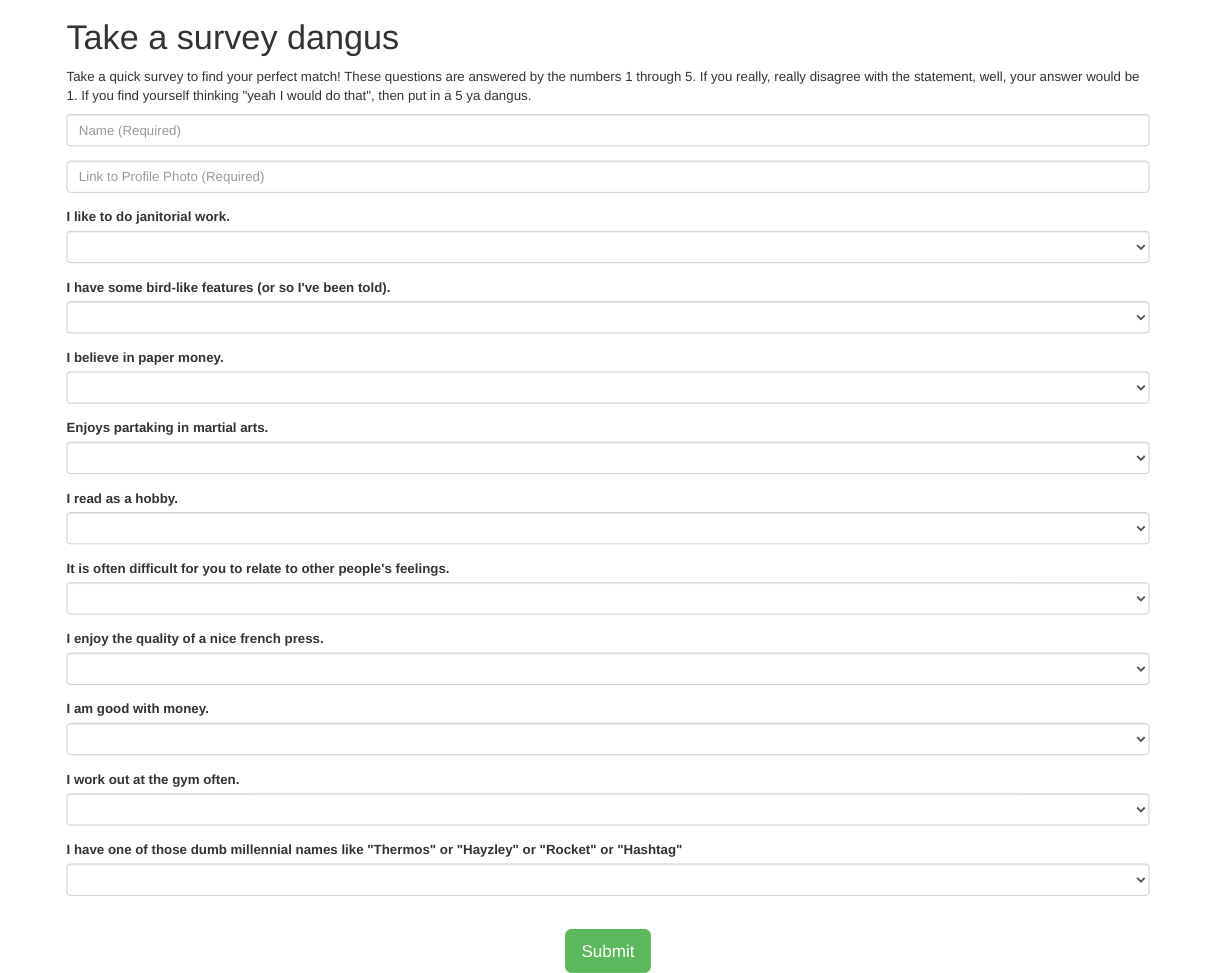
Repository: kcummings1/Mate-Matcher
Page: public/survey.html
The author's editor kept a copy of each file at every save. The page is drawn from the files as they stood at one save, then again after the next save.
The browser window is 1280 px wide. The pictures show the whole page, at 95% of full size.
Some web libraries are served in a nearby version.

Above is the page before, as saved 2019-10-04 18:19:14.

After the next save:
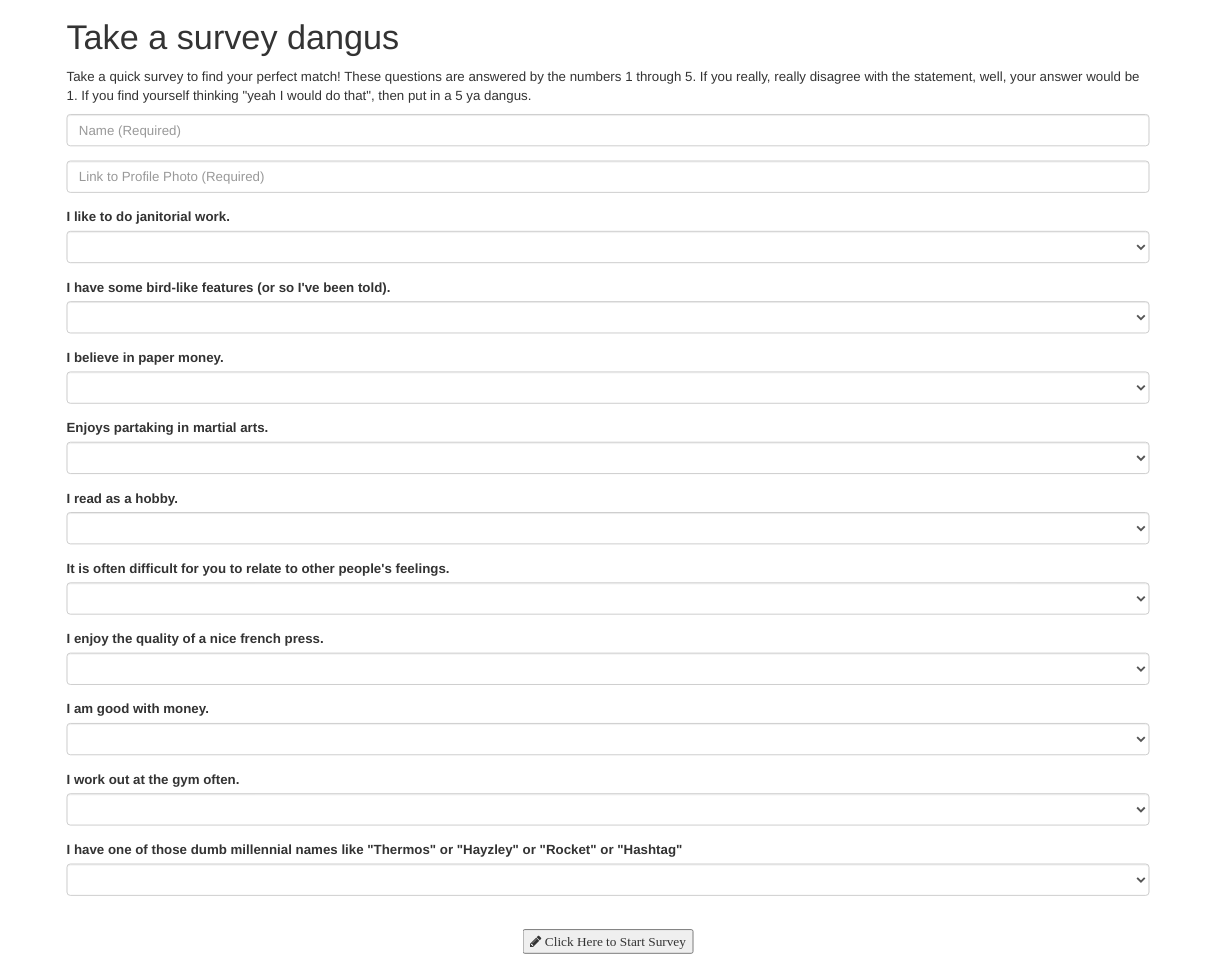
Saved 2 min 45 s later.
--- a/public/survey.html
+++ b/public/survey.html
@@ -134,7 +134,7 @@
             </div>
         </form>
         <div class="text-center"><br>
-            <button id="submitBtn" type="submit" class="btn btn-success btn-lg">Submit</button>
+            <button><i class="fa fa-pencil survey-button" aria-hidden="true"> Click Here to Start Survey</i></button>
         </div>
 
         <!-- Modal after survey completion -->
